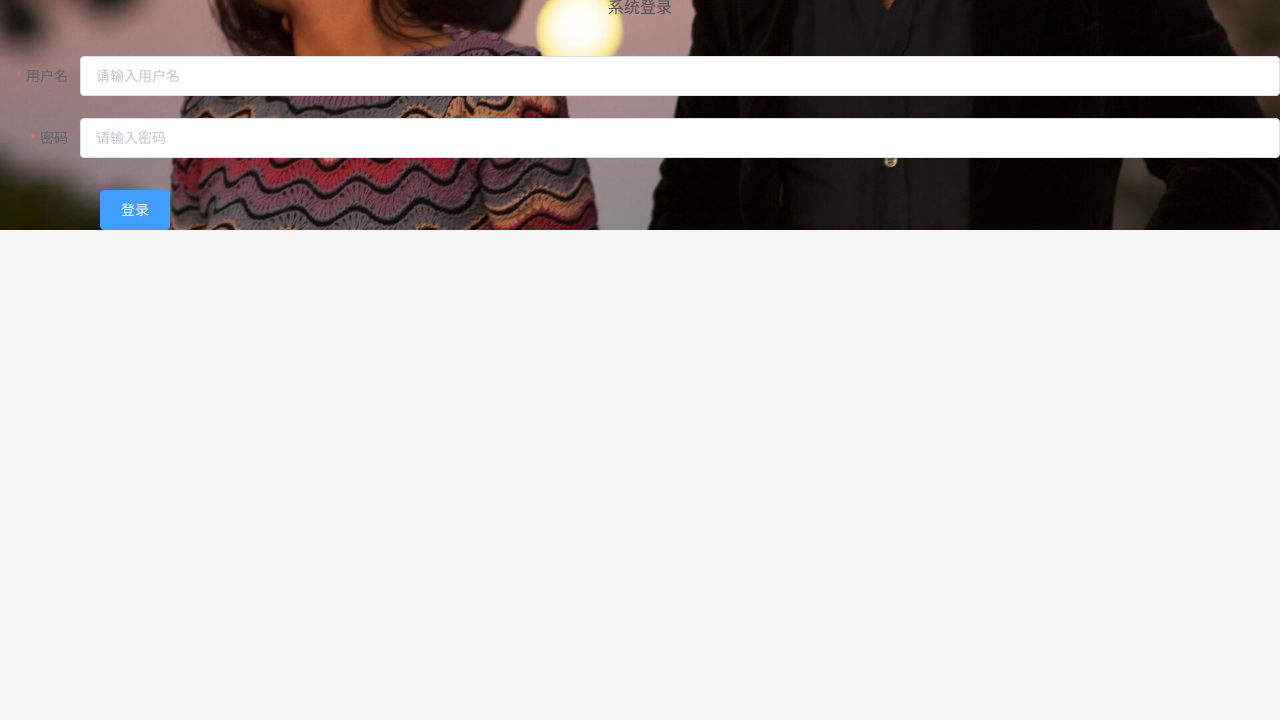
Repository: erwtt/git-demo
Page: /login (app in 后台管理系统/)
An editor plug-in stored every save of this project. The page is shown before and after the next save, followed by the edit.
The browser window is 1280 px wide. The pictures show the whole page.
The project was rebuilt for these pictures with package versions that can differ from the ones it lists, and the page was loaded fresh each time. Also part of the build but not shown: 后台管理系统/vue.config.js.

Above is the page before, as saved 2022-05-20 17:16:30.

After the next save:
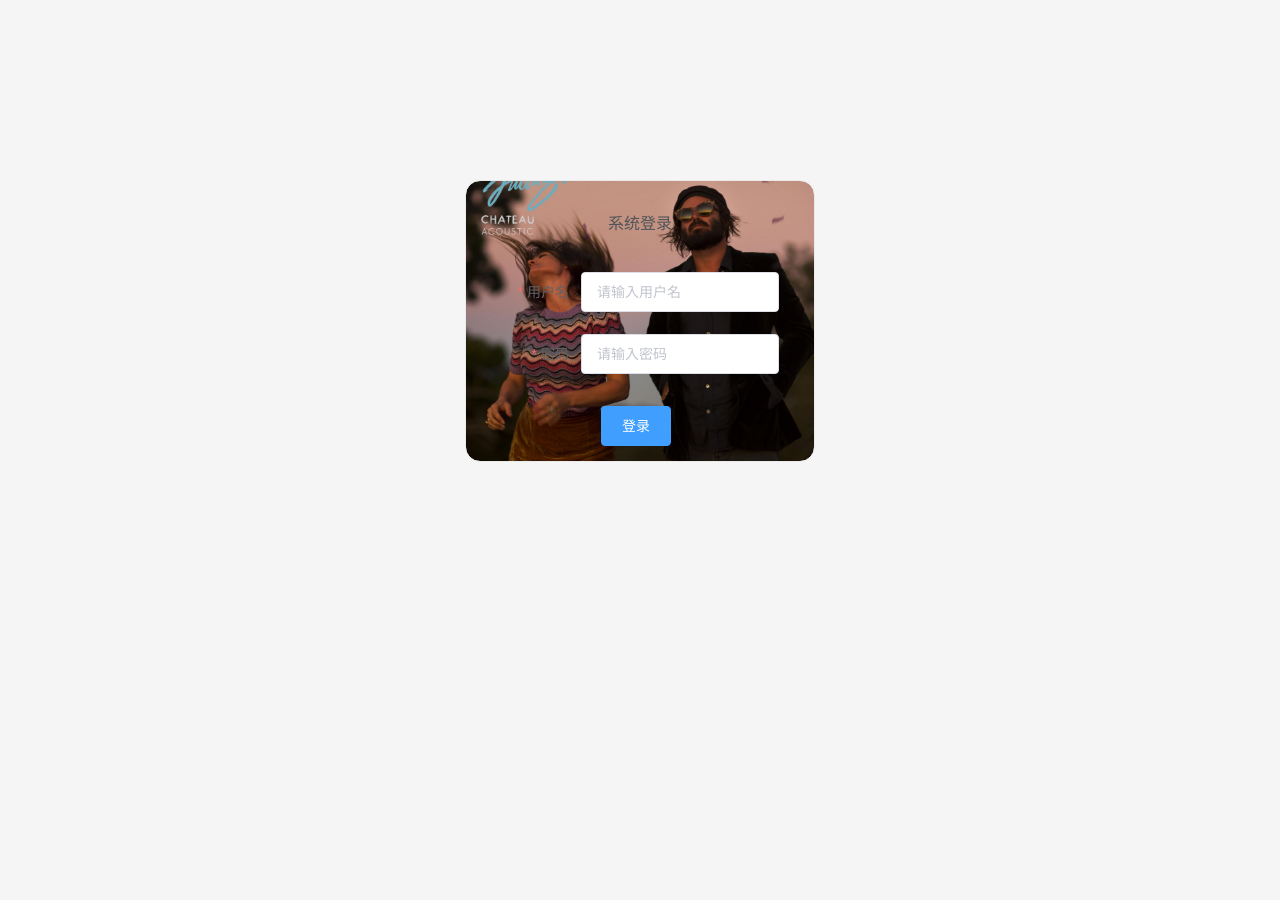
Saved 4 min 34 s later.
--- a/后台管理系统/src/views/login/login.vue
+++ b/后台管理系统/src/views/login/login.vue
@@ -96,21 +96,18 @@ export default {
 
 <style lang="less" scoped>
     .login_container{
-          width: 100%;
-  height: 100%;
+
   background-image: url("../../assets/images/back.jpg");
   background-size: cover;
-  background-position: center;
-  position: relative;
 
-        // border-radius: 15px;
-        // background-clip: padding-box;
-        // margin:180px auto;
-        // width: 350px;
-        // padding:35px 35px 15px 35px;
-        // background-color:#fff;
-        // border:1px solid #eaeaea;
-        // box-shadow: #cac6c6;
+        border-radius: 15px;
+        background-clip: padding-box;
+        margin:180px auto;
+        width: 350px;
+        padding:35px 35px 15px 35px;
+        background-color:#fff;
+        border:1px solid #eaeaea;
+        box-shadow: #cac6c6;
     }
     .login_title{
         margin:0px auto 40px auto;
